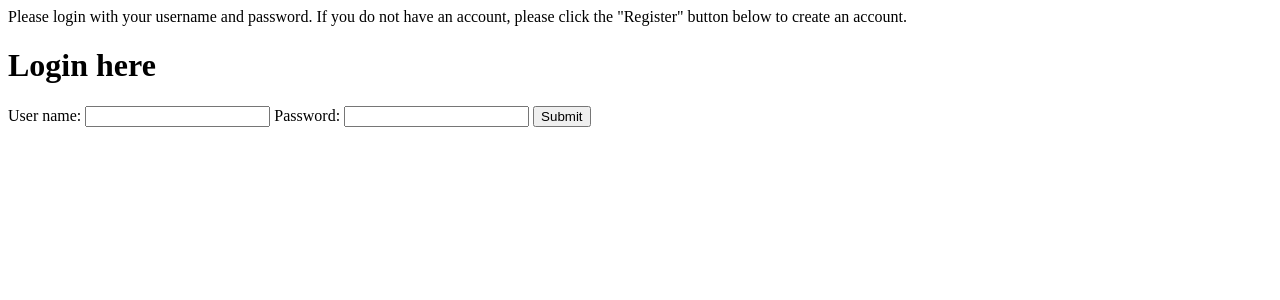
Repository: ejohnson93/CSCE_464
Page: http://localhost/hotel_management/
These files come from the project's save history. The page is drawn as it stood at one moment and after the next save; the edit follows.
The browser window is 1280 px wide. The pictures show the whole page.
The page is served by Tomcat 9.

Above is the page before, as saved 2016-01-27 22:59:49.

After the next save:
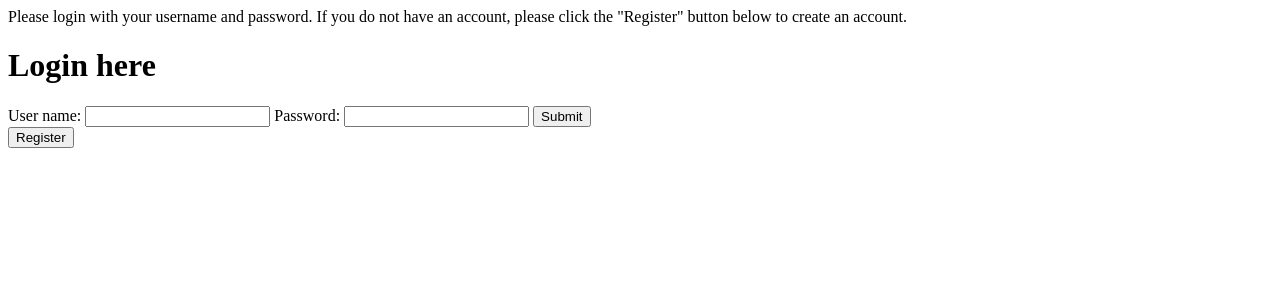
Saved 10 min 29 s later.
--- a/hotel_management/WebContent/login.jsp
+++ b/hotel_management/WebContent/login.jsp
@@ -14,5 +14,8 @@
 Password: <input type="password" name="password">
 <input type="submit" value="Submit">
 </form>
+<form action="register.jsp">
+	<input type="submit" value="Register">
+</form>
 </body>
 </html>
